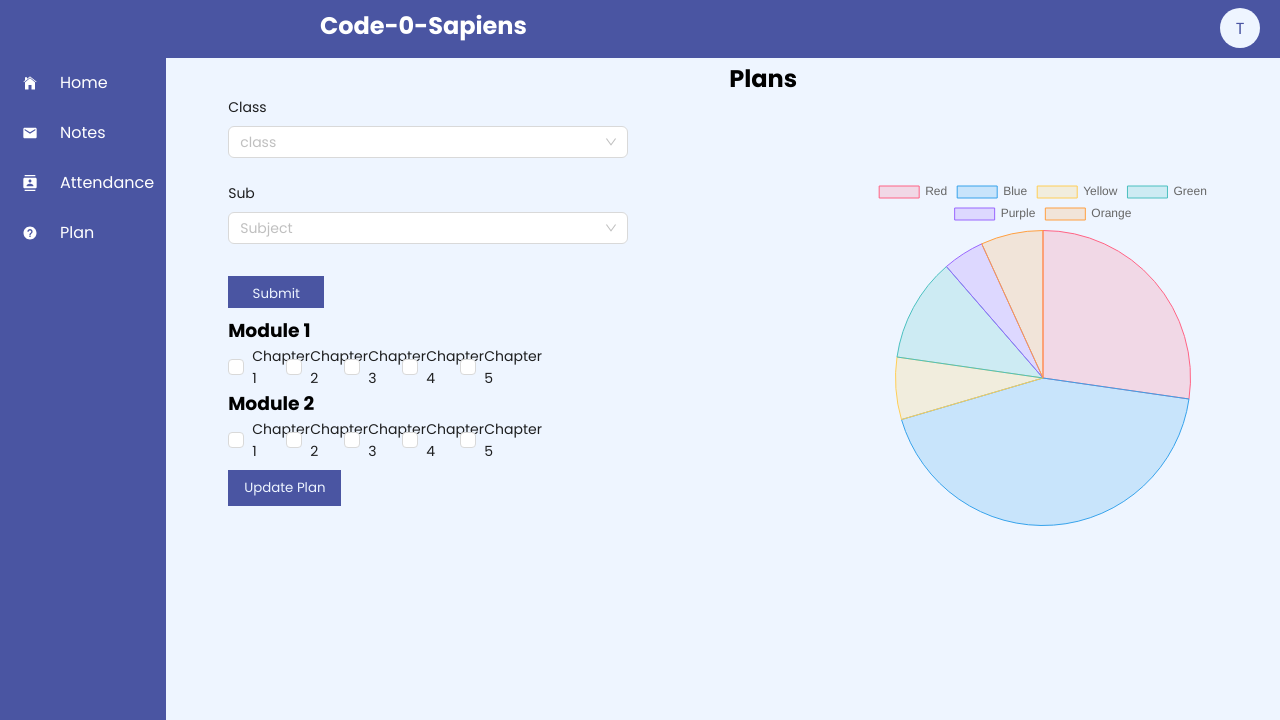
Repository: sinchana-P/code-0-sapiens
Page: /plans (app in client/), after clicking the first element matching `button`
These files come from the project's save history. The page is drawn as it stood at one moment and after the next save; the edit follows.
The browser window is 1280 px wide. The pictures show the whole page.
The project was rebuilt for these pictures with package versions that can differ from the ones it lists, and the page was loaded fresh each time. Also part of the build but not shown: client/src/components/auth/login/FormLayoutLogin.jsx, client/src/components/auth/login/Login.jsx, client/src/components/auth/register/FormLayoutRegister.jsx, client/src/components/auth/register/Register.jsx, client/src/components/homeScene/Home.jsx, client/src/components/notes/Notes.jsx, client/src/components/attendance/Attendance.jsx, client/src/components/profile/Profile.jsx and 5 more.

Above is the page before, as saved 2024-03-01 07:46:59.

After the next save:
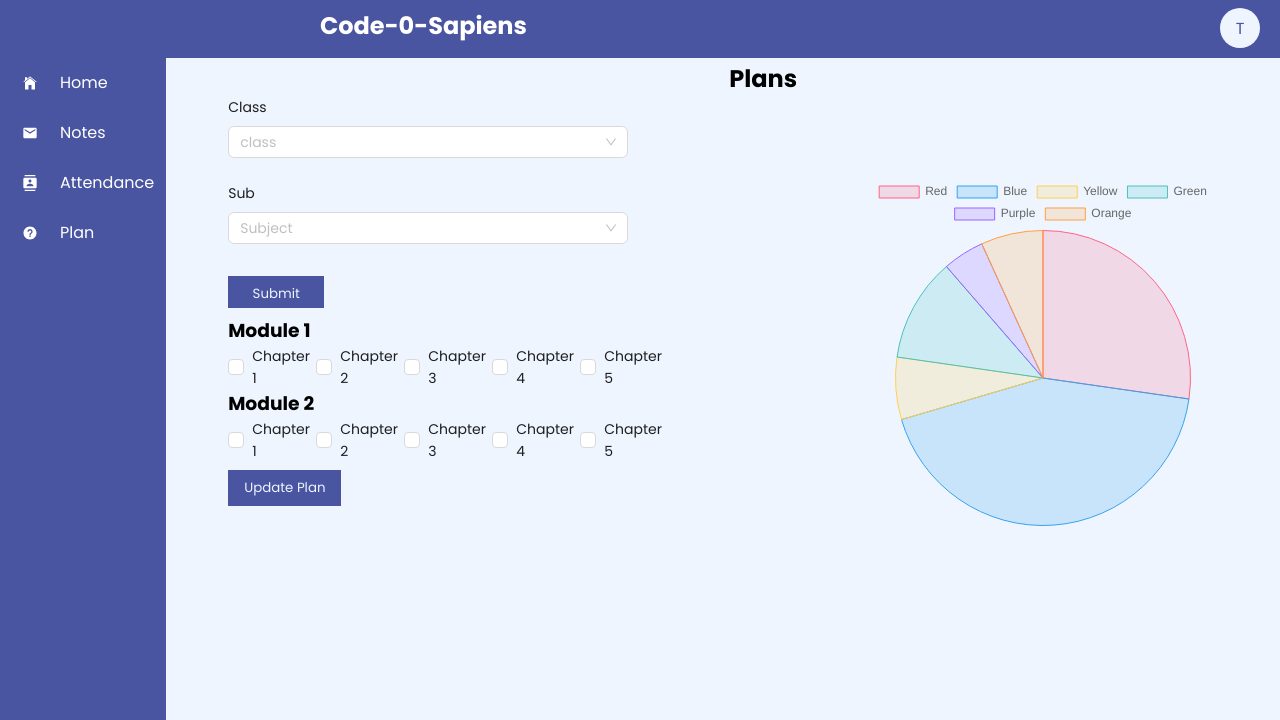
Saved 6 s later.
--- a/client/src/components/plans/Plans.jsx
+++ b/client/src/components/plans/Plans.jsx
@@ -170,7 +170,7 @@ const Plans = () => {
                           <h3>{module}</h3>
                           <CheckboxGroup>
                               {groupedChapters[module].map((chapter, i) => (
-                              <Checkbox checked key={i} value={chapter} style={{width: '50px'}} >
+                              <Checkbox checked key={i} value={chapter} style={{width: '80px'}} >
                                   {chapter}
                               </Checkbox>
                               ))}
